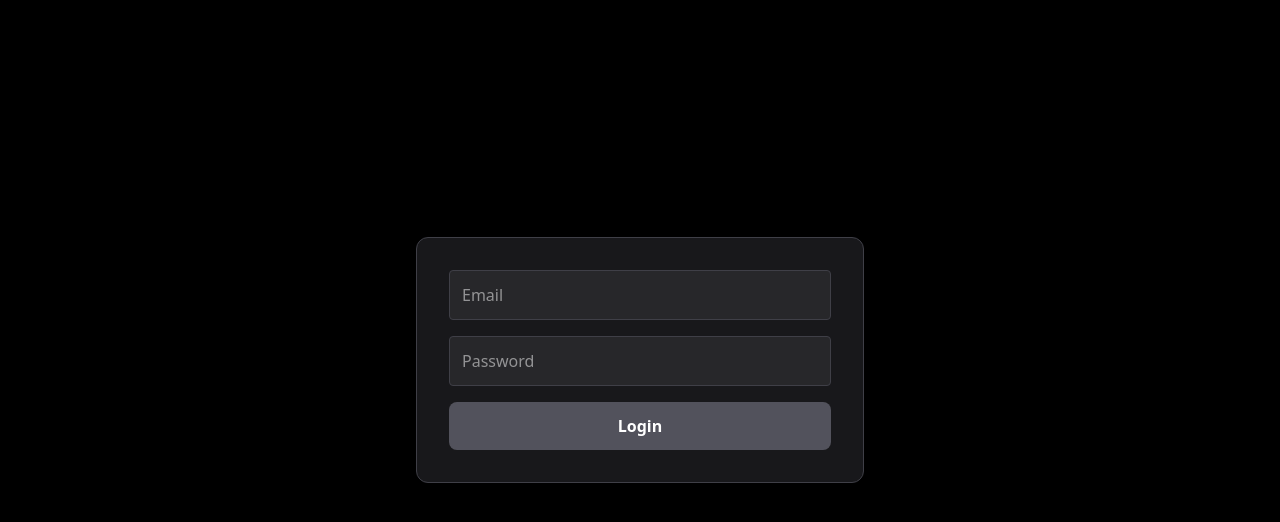
Repository: sanghaarman6-cmyk/edge
Page: /auth/login
These files come from the project's save history. The page is drawn as it stood at one moment and after the next save; the edit follows.
The browser window is 1280 px wide. The pictures show the whole page.
The page's requests for data from a server got no answer. The project was rebuilt for these pictures with package versions that can differ from the ones it lists, and the page was loaded fresh each time. The framework's server and built-in components were replaced by stand-ins that run in the browser. No one was signed in, and anything a server would have sent is missing. Also part of the build but not shown: next.config.ts.

Above is the page before, as saved 2025-12-02 03:18:38.

After the next save:
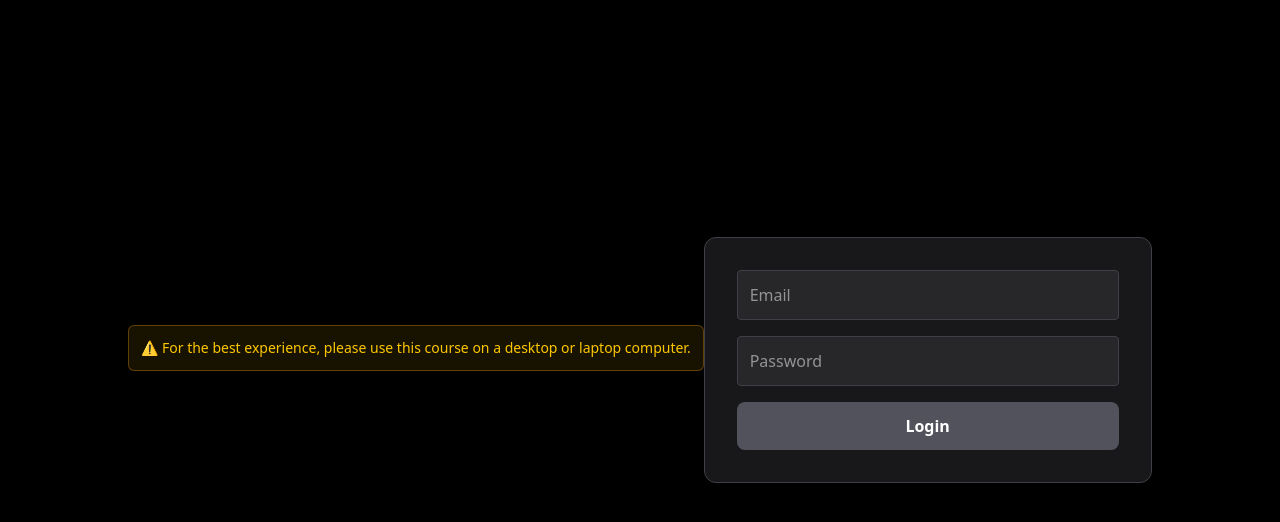
Saved 3 min 22 s later.
--- a/app/auth/login/page.tsx
+++ b/app/auth/login/page.tsx
@@ -29,6 +29,10 @@ export default function LoginPage() {
 
   return (
     <div className="flex items-center justify-center min-h-screen bg-black text-white">
+      <div className="mb-6 p-3 bg-yellow-500/10 border border-yellow-600/40 text-yellow-400 rounded-md text-sm">
+        ⚠️ For the best experience, please use this course on a desktop or laptop computer.
+      </div>
+
       <form onSubmit={handleLogin} className="bg-zinc-900 p-8 rounded-xl w-full max-w-md space-y-4 border border-zinc-700">
 
 
